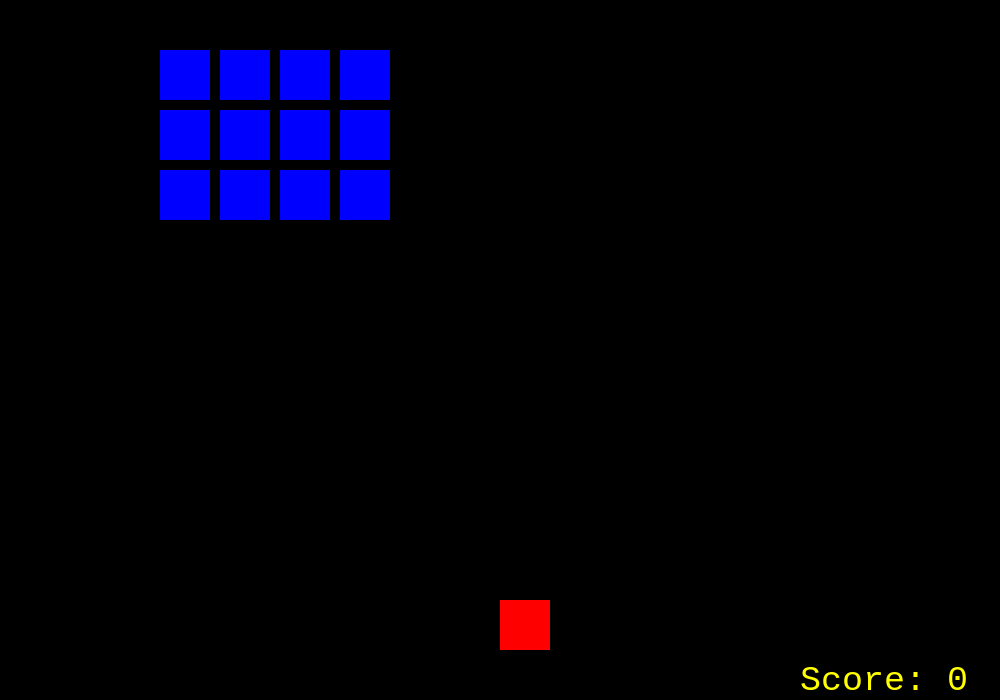
Repository: Igor-Boson/Space-Invaders-Python
Script's output: python main.py
These files come from the project's save history. The script's output is drawn as it stood at one moment and after the next save; the edit follows.
The window is shown after at most 60 frames with no key pressed. A system font it names is replaced by a similar one. Random numbers start from a fixed seed.

Above is the script's output before, as saved 2021-10-23 18:30:27.

### main.py
import sys
import pygame
from game import Game
from screen import Screen
from entity import Player
from handler import Handler

def play_game(handler):
    #initializing
    game.create_alien_matrix()
    game_over = False
    left = False
    right = False

    #running
    while not game_over:

        #AJEITAR O PLAYER MOVEMENT PRA FICAR MAIS FLUIDO
        for event in pygame.event.get():
            if event.type == pygame.QUIT:
                sys.exit()

            if event.type == pygame.KEYDOWN:
                if event.key == pygame.K_LEFT and player.x > 0:
                    left = True
                if event.key == pygame.K_RIGHT and \
                    player.x < (handler.screen.width - handler.player.size):
                    right = True
                if event.key == pygame.K_SPACE:
                    handler.game.fire()
            if event.type == pygame.KEYUP:
                if event.key == pygame.K_LEFT:
                    left = False
                if event.key == pygame.K_RIGHT:
                    right = False

        game.update(left, right)
        screen.update_screen()

        # if game.collision_check(player):
        #     game_over = True
        #     break

if __name__ == '__main__':
    pygame.init()

    handler = Handler()

    game = Game(handler)
    screen = Screen(handler)
    player = Player(handler, screen.width/2, screen.height - 100)

    handler.game = game
    handler.screen = screen
    handler.player = player

    play_game(handler)

### game.py
from entity import Player, Shot, Alien
import pygame

class Game:
    def __init__(self, handler, speed=10, score=0, max_shots=10, alien_matrix_height=3, alien_matrix_width=4, fire_delay=0.4):
        self.handler = handler
        self.speed = speed
        self.score = score
        self.max_shots = max_shots
        self.am_height = alien_matrix_height
        self.am_width = alien_matrix_width

        #create alien matrix function
        self.starting_x_value = 100
        self.starting_y_value = 50
        self.x_value_increase = 10 + Alien.ALIEN_SIZE
        self.y_value_increase = 10 + Alien.ALIEN_SIZE

        #fire function
        self.fire_delay = fire_delay
        self.fire_clock = None

        self.alien_list = []
        self.shot_list = []

    def create_alien_matrix(self):
        for w in range(self.am_width):
            for h in range(self.am_height):
                alien = Alien(self.handler, \
                            self.starting_x_value + self.x_value_increase*w, \
                            self.starting_y_value + self.y_value_increase*h)
                self.alien_list.append(alien)

    def update_player_position(self, left, right):
        if left and self.handler.player.x > 0:
            self.handler.player.x -= self.handler.player.speed
        if right and self.handler.player.x < (self.handler.screen.width - self.handler.player.size):
            self.handler.player.x += self.handler.player.speed

    def fire(self):
        if self.fire_clock == None:
            pass
        elif (pygame.time.get_ticks() - self.fire_clock) <= self.fire_delay*1000:
            return
        if len(self.shot_list) < self.max_shots:
            shot = Shot(self.handler, self.handler.player.x + self.handler.player.size/4, self.handler.player.y)
            self.shot_list.append(shot)
            self.fire_clock = pygame.time.get_ticks()

    def update_shot(self):
        for shot in self.shot_list:
            for alien in self.alien_list:
                if shot.detect_collision(alien):
                    shot.health -= 1
                    alien.health -= 1

        new_shot_list = []
        for shot in self.shot_list:
            if shot.y > 0 and shot.health > 0:
                shot.y -= shot.speed
                new_shot_list.append(shot)
        self.shot_list = new_shot_list


    def update_alien(self):
        new_alien_list = []
        for alien in self.alien_list:
            if alien.health > 0:
                alien.move()
                new_alien_list.append(alien)
            else:
                self.score += alien.score_value
        self.alien_list = new_alien_list

    def update(self, left, right):
        self.update_player_position(left, right)
        self.update_shot()
        self.update_alien()

    #ainda não ajeitei a enemy_list
    def collision_check(self, player):
        for enemy in self.enemy_list:
            if enemy.detect_collision(player):
                return True
        return False

### entity.py
from color import Color
import pygame

class Entity:
    def __init__(self, handler, x, y, size, color, speed):
        self.handler = handler
        self.x = x
        self.y = y
        self.size = size
        self.color = color
        self.speed = speed
        self.health = 1

    def draw(self, screen):
        pygame.draw.rect(screen, self.color, (self.x, self.y, self.size, self.size))

    def detect_collision(self, other):
        return pygame.Rect(self.x, self.y, self.size, self.size).colliderect(pygame.Rect(other.x, other.y, other.size, other.size))

    # def detect_collision(self, other):
    #     if (other.x >= self.x and other.x < (self.x + self.size)) or (self.x >= other.x and self.x < (other.x + other.size)):
    #         if (other.y >= self.y and other.y < (self.y + self.size)) or (self.y >= other.y and self.y < (other.y + self.size)):
    #             return True
    #     return False

class Player(Entity):
    def __init__(self, handler, x, y):
        super().__init__(handler, x, y, size=50, color=Color.RED, speed=10)

class Shot(Entity):
    def __init__(self, handler, x, y):
        super().__init__(handler, x, y, size=25, color=Color.YELLOW, speed=10)

class Alien(Entity):
    ALIEN_SIZE = 50
    def __init__(self, handler, x, y, starting_speed=1.0, speed_increase_factor=1.0):
        super().__init__(handler, x, y, size=50, color=Color.BLUE, speed=None)
        #o speed nessa classe é utilizado de outra maneira
        self.tick_counter = 0
        self.movement_counter = 0
        self.starting_speed = starting_speed
        self.speed_increase_factor = speed_increase_factor
        self.direction = 1

        self.score_value = 10

        # amount of steps the alien should take before moving down
        self.movement_cap = round((self.handler.screen.width - 2*self.handler.game.starting_x_value)\
                            /(self.size + self.handler.game.x_value_increase))

    # the aliens first move all the all to the right
    # then go down, swap direction, and repeat
    # their speed should gradually as they go down the screen
    def move(self):
        # their movement shouldn't be "continuous", like the player's cannon
        # they should move in "leaps", and after a delay, move again, like in the original game

        self.tick_counter += 1

        if self.tick_counter == self.handler.screen.clock_tick:
            # checks if it should go sideways or downwards
            if self.movement_counter < self.movement_cap:
            # goes sideways
                self.x += self.handler.game.x_value_increase*self.direction
                self.tick_counter = 0
                self.movement_counter += 1
            else:
            # goes downwards, resets the movement counter, and swaps direction
                self.y += self.handler.game.y_value_increase
                self.direction *= -1
                self.movement_counter = 0
                self.tick_counter = 0

### color.py
class Color:
    RED = (255,0,0)
    BLUE = (0,0,255)
    YELLOW = (255,255,0)
    BLACK = (0,0,0)

### screen.py
from color import Color
import pygame

class Screen:
    def __init__(self, handler, width=1000, height=700, background_color=Color.BLACK, font_type="monospace", font_size=35, clock_tick=60):
        self.handler = handler
        self.width = width
        self.height = height
        self.background_color = background_color
        self.screen = pygame.display.set_mode((width, height))
        self.font = pygame.font.SysFont(font_type, font_size)
        self.clock = pygame.time.Clock()
        self.clock_tick = clock_tick

    def refresh_background(self):
        self.screen.fill(self.background_color)

    def draw_player(self):
        self.handler.player.draw(self.screen)

    def draw_shots(self):
        for shot in self.handler.game.shot_list:
            shot.draw(self.screen)

    def draw_aliens(self):
        for alien in self.handler.game.alien_list:
            alien.draw(self.screen)

    def draw_score_label(self, color=Color.YELLOW):
        text = f"Score: {self.handler.game.score}"
        label = self.font.render(text, 1, color)
        self.screen.blit(label, (self.width-200, self.height-40))

    def update_screen(self):
        self.refresh_background()
        self.draw_player()
        self.draw_shots()
        self.draw_aliens()
        self.draw_score_label()

        self.clock.tick(self.clock_tick)
        pygame.display.update()

### handler.py
class Handler:
    def __init__(self):
        self.game = None
        self.screen = None
        self.player = None

After the next save:
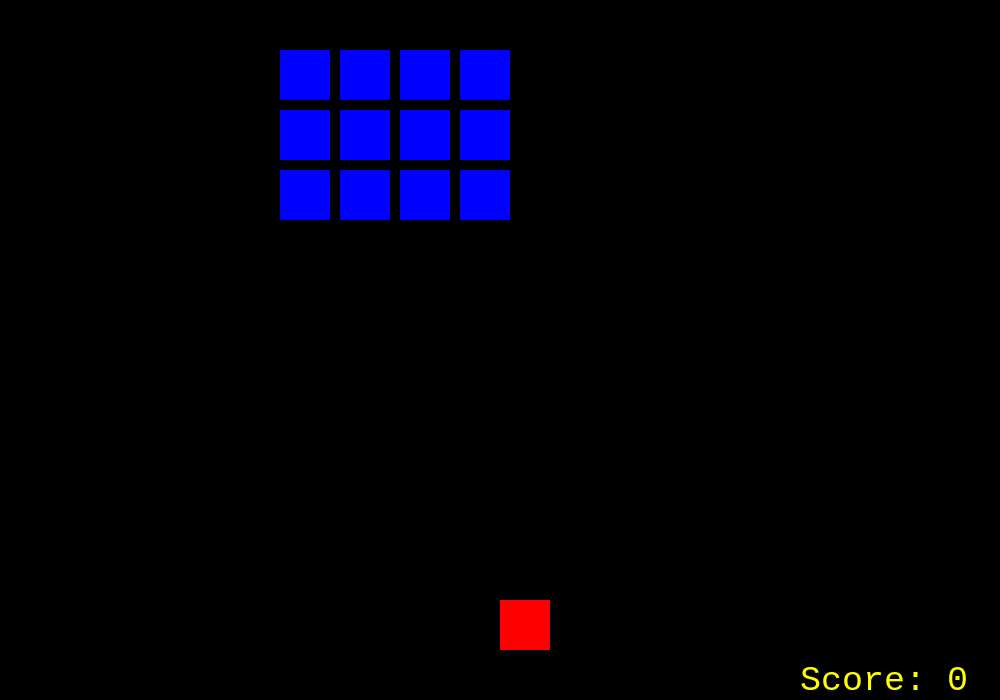
Saved 10 s later.
--- a/entity.py
+++ b/entity.py
@@ -57,7 +57,7 @@
 
         self.tick_counter += 1
 
-        if self.tick_counter == self.handler.screen.clock_tick:
+        if self.tick_counter == self.handler.screen.clock_tick/3:
             # checks if it should go sideways or downwards
             if self.movement_counter < self.movement_cap:
             # goes sideways

After the 3 saves that followed:
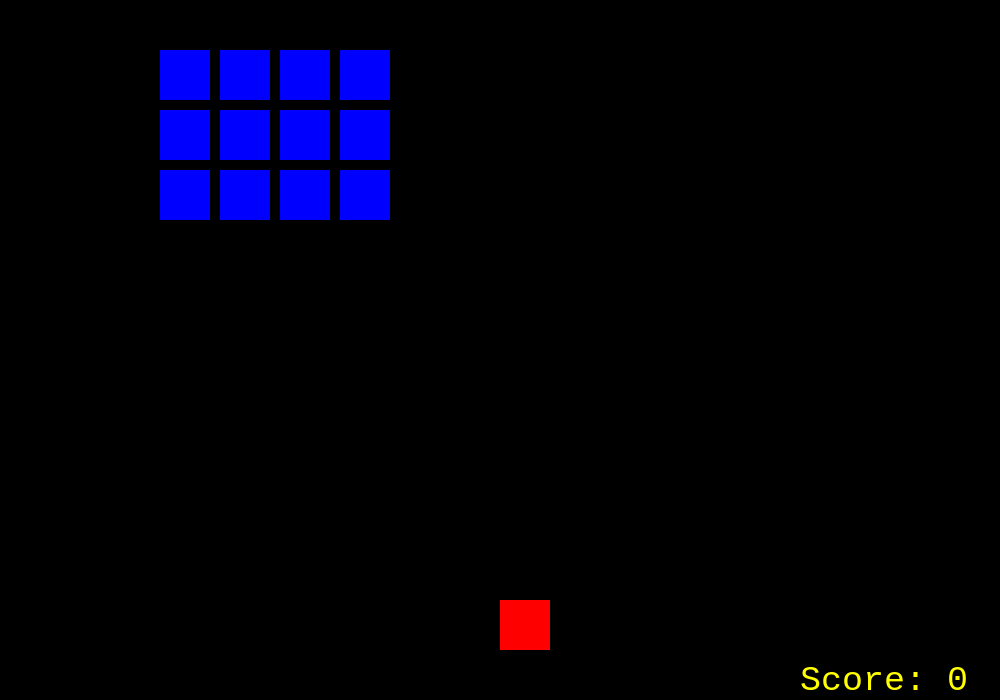
The 3 saves are shown as one change because 2 left the picture as it was.
The last was saved 67 s later.
--- a/entity.py
+++ b/entity.py
@@ -45,8 +45,9 @@
         self.score_value = 10
 
         # amount of steps the alien should take before moving down
-        self.movement_cap = round((self.handler.screen.width - 2*self.handler.game.starting_x_value)\
-                            /(self.size + self.handler.game.x_value_increase))
+        self.movement_cap = round((self.handler.screen.width - 2*self.handler.game.starting_x_value\
+                            - self.handler.game.am_width*self.size - (self.handler.game.am_width - 1)*(self.handler.game.x_value_increase - self.size))\
+                            /(self.handler.game.x_value_increase))
 
     # the aliens first move all the all to the right
     # then go down, swap direction, and repeat
@@ -57,7 +58,7 @@
 
         self.tick_counter += 1
 
-        if self.tick_counter == self.handler.screen.clock_tick/3:
+        if self.tick_counter == self.handler.screen.clock_tick:
             # checks if it should go sideways or downwards
             if self.movement_counter < self.movement_cap:
             # goes sideways
